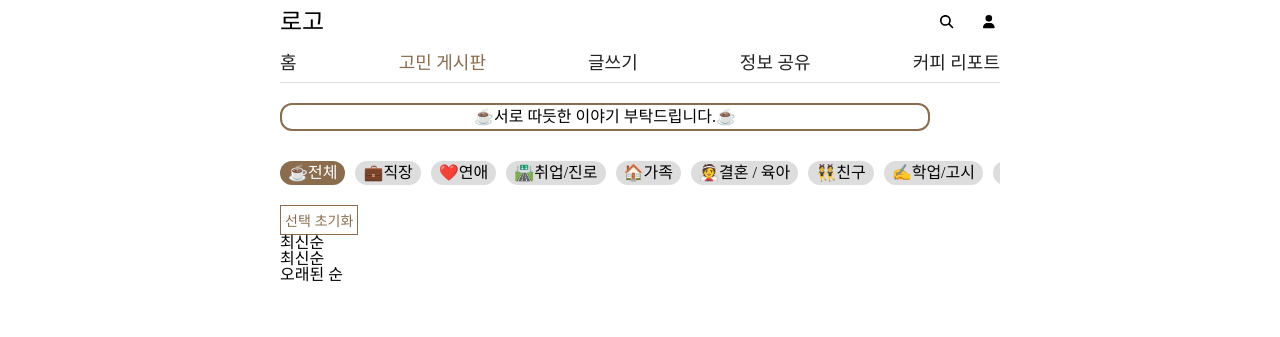
Repository: zlazlazla35/coffee
Page: /list
The author's editor kept a copy of each file at every save. The page is drawn from the files as they stood at one save, then again after the next save.
The browser window is 1280 px wide. The pictures show the whole page.
Some web fonts or font styles are not loaded; a fallback is used. The project was rebuilt for these pictures with package versions that can differ from the ones it lists, and the page was loaded fresh each time. The framework's server and built-in components were replaced by stand-ins that run in the browser. Also part of the build but not shown: next.config.mjs.

Above is the page before, as saved 2024-12-26 18:22:38.

After the next save:
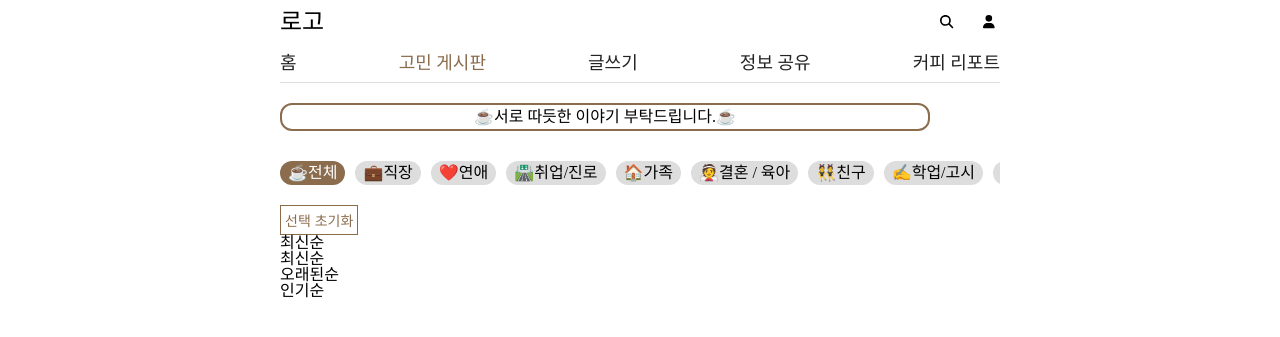
Saved 11 s later.
--- a/src/app/list/page.js
+++ b/src/app/list/page.js
@@ -52,7 +52,8 @@ export default function List() {
                     <h2 className="title">최신순</h2>
                     <ul className="filterSelect">
                         <li>최신순</li>
-                        <li>오래된 순</li>
+                        <li>오래된순</li>
+                        <li>인기순</li>
                     </ul>
                 </div>
             </div>
